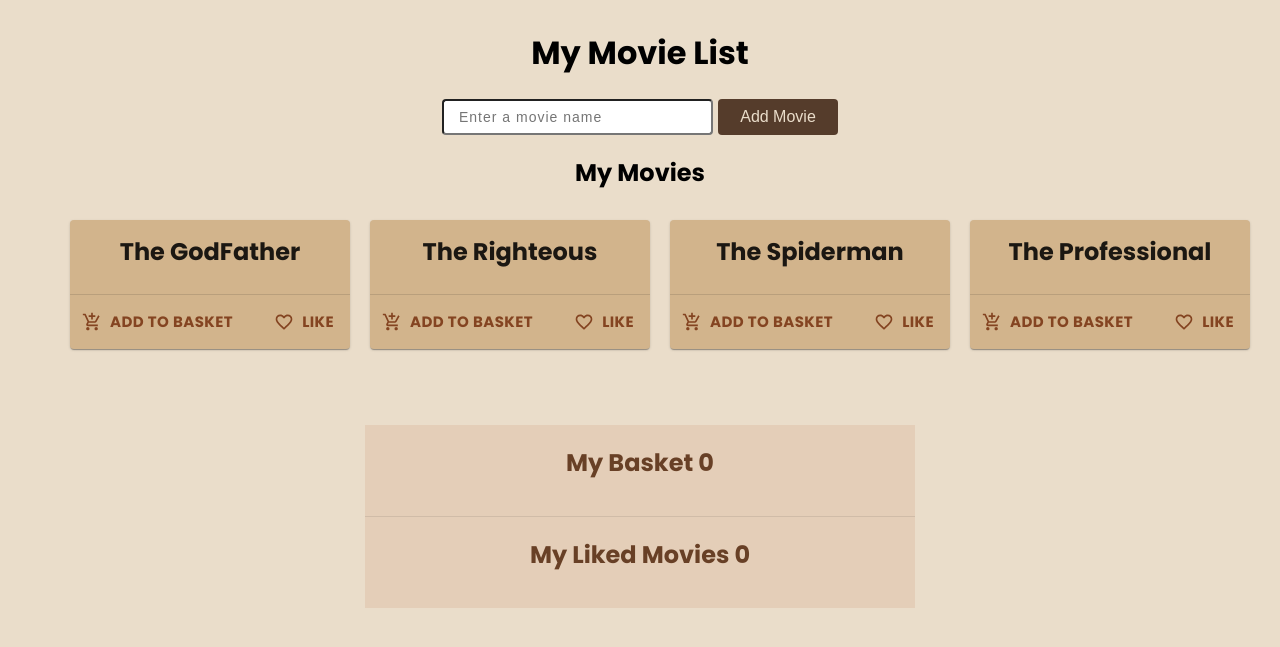
Repository: sinchana-p-iVoyant/redux-movie-store
Page: /
These files come from the project's save history. The page is drawn as it stood at one moment and after the next save; the edit follows.
The browser window is 1280 px wide. The pictures show the whole page.
The project was rebuilt for these pictures with package versions that can differ from the ones it lists, and the page was loaded fresh each time. Also part of the build but not shown: vite.config.ts.

Above is the page before, as saved 2024-02-15 13:26:48.

### index.html
<!doctype html>
<html lang="en">
  <head>
    <meta charset="UTF-8" />
    <link rel="icon" type="image/svg+xml" href="/vite.svg" />
    <meta name="viewport" content="width=device-width, initial-scale=1.0" />
    <title>Redux Movie Store</title>
  </head>
  <body>
    <div id="root"></div>
    <script type="module" src="/src/main.tsx"></script>
  </body>
</html>

### src/main.tsx
import React from 'react'
import ReactDOM from 'react-dom/client'
import App from './App.tsx'
// import './index.css'
import store from './store/index';
import { Provider } from 'react-redux'


ReactDOM.createRoot(document.getElementById('root')!).render(
  <React.StrictMode>
    <Provider store={store}>
      <App />
    </Provider>
  </React.StrictMode>,
)

### src/App.tsx
import { useState } from "react";
// import './App.css'
import { useSelector, useDispatch } from "react-redux";
import {Movie} from './store/index'
import {Card, CardComponent, CardActions, Button, Typography, CardContent} from '@mui/material'
import { Favorite, FavoriteBorder, AddShoppingCart, RemoveShoppingCart } from "@mui/icons-material";
import './App.css'

const App = () => {
  const [movieTitle, setMovieTitle] = useState("");

  // 🔥 a. To Trigger from UI.
  const dispatch = useDispatch();

  // 🔥 b. To update the UI, based on state updates in the store.

  // movies state (array)
  // const movies = useSelector(state => state.movies)
  // ------> return value: state.movies

  // Note:
  // The function passed to `useSelector` selects a slice of the state that we are interested in.
  // The function parameter specifies the `structure` of the Redux state object.
  // It's `type` annotated in TypeScript to ensure the type safety.
  // specifying the structure of the Redux state object using TypeScript type annotations enhances code quality, readability, and maintainability while providing additional safety checks and tooling support during development.

  const movies = useSelector(
    (state : {
      movies: { title: string; liked: boolean; inBasket: boolean }[];
    }) => state.movies
  );

  // const basket = useSelector((state) => state.basket);
  const basket = useSelector((state: { basket: string[] }) => state.basket);

  // const likedMovies = useSelector((state) => state.likedMovies);
  const likedMovies = useSelector((state: { likedMovies: string[] }) => state.likedMovies);


  // 4. Action Creator
  const handleAddMovie = () => {
    const newMovie = {
      title: movieTitle,
      inBasket: false,
      liked: false
    }
    dispatch({ type: "ADD_MOVIE", payload: newMovie });
    setMovieTitle(""); // Reset back to Empty String
  };

  const handleAddToBasket = (movie: string) => {
    dispatch({ type: "ADD_TO_BASKET", payload: movie });
  };
  const handleAddToLikedMovies = (movie: string) => {
    dispatch({ type: "ADD_TO_LIKED_MOVIE", payload: movie });
  };

  return (
    <div className="container">
      <div>
        <h1>My Movie List</h1>
      </div>
      <div className="add-movie">
        <input
          type="text"
          placeholder="Enter a movie name"
          value={movieTitle}
          onChange={(e) => setMovieTitle(e.target.value)}
        />
        <button className="input-btn" onClick={handleAddMovie}>Add Movie</button>
      </div>
      <div>
        <h2>My Movies</h2>
        <ul className="movie-list">
          {movies.map((movie: Movie, index) => (
            <Card key={index} className="movie-card" style={{backgroundColor: "#D2B48C"}}>
              <CardContent>
                <Typography variant="h5" component='h2' style={{ fontWeight: 'bold', fontFamily: 'Poppins, sans-serif' }}>
                  {movie.title}
                </Typography>
              </CardContent>

              <CardActions className="card-actions">
                <Button
                  style={{ color: '#844421', fontSize: '15px', fontWeight: 'bold', fontFamily: 'Poppins, sans-serif' }}
                  startIcon={movie.inBasket ? <RemoveShoppingCart /> : <AddShoppingCart />}
                  onClick={() => handleAddToBasket(movie.title)}>
                  {movie.inBasket ? "Remove From Basket" : "Add To Basket"}
                </Button>
                <Button
                  style={{ color: '#844421', fontSize: '15px', fontWeight: 'bold', fontFamily: 'Poppins, sans-serif' }}
                  startIcon={movie.liked ? <Favorite /> : <FavoriteBorder />}
                  onClick={() => handleAddToLikedMovies(movie.title)}>
                  {movie.liked ? "Dislike" : "Like"}
                </Button>
              </CardActions>

            </Card>
          ))}
        </ul>
      </div>
      <div className="basket-container">
        <h2>My Basket {basket.length}</h2>
        <ul className="basket-container-list">
          {basket.map((basket, index) => (
            <li key={index}>{basket}</li>
          ))}
        </ul>
      </div>
      <div className="liked-container">
        <h2>My Liked Movies {likedMovies.length}</h2>
        <ul className="liked-container-list">
          {likedMovies.map((likedMovie, index) => (
            <li key={index}>{likedMovie}</li>
          ))}
        </ul>
      </div>
    </div>
  );
};

export default App;

// 1. Save the new movie in the local state.
// 2. Add the new movie in local state to the Store.
// 3. Fetch the movies array, from the store

// 3. a. To display in - My Basket & My Liked Movies

### src/store/index.tsx
import { createStore } from "redux";

export type Movie = {
    title: string,
    inBasket: boolean,
    liked: boolean
}

export type State = {
    movies: Movie[],
    basket: string[],
    likedMovies: string[]
}

type Action =
  | { type: "ADD_MOVIE"; payload: Movie } |
    { type: 'ADD_TO_BASKET', payload: string } |
    { type: "ADD_TO_LIKED_MOVIE", payload: string };

// InitialState
const initialState: State = {
    movies: [
      {title: 'The GodFather', inBasket: false, liked: false},
      {title: 'The Righteous', inBasket: false, liked: false},
      {title: 'The Spiderman', inBasket: false, liked: false},
      {title: 'The Professional', inBasket: false, liked: false},
    ],
    basket: [],
    likedMovies: []
}

// Reducers - Make Immutable Updates
const reducer = (state: State = initialState, action: Action): State => {
  switch (action.type) {
    case 'ADD_MOVIE':
      return {
        ...state,
        movies: [...state.movies, action.payload]
      }
    case 'ADD_TO_BASKET':
      return {
        ...state,
          movies: state.movies.map(movie => movie.title === action.payload ? {...movie, inBasket: !movie.inBasket } : movie),
        basket: state.basket.includes(action.payload) ? state.basket.filter(movie => movie !== action.payload) : [...state.basket, action.payload]
      }
    case 'ADD_TO_LIKED_MOVIE':
      return {
        ...state,
        movies: state.movies.map(movie => movie.title === action.payload ? {...movie, liked: !movie.liked} : movie) ,
        likedMovies: state.likedMovies.includes(action.payload) ? state.likedMovies.filter(movie => movie !== action.payload) :  [...state.likedMovies, action.payload]
      }
    default:
      return state
  }
}

// Store
const store = createStore(reducer)
export default store

// 1. State
// 2. Reducer
// 3. Store

### src/App.css
@import url('https://fonts.googleapis.com/css2?family=Poppins:ital,wght@0,100;0,200;0,300;0,400;0,500;0,600;0,700;0,800;0,900;1,100;1,200;1,300;1,400;1,500;1,600;1,700;1,800;1,900&display=swap');

body {
  background-color: #EADDCA;
  font-family: "Poppins", sans-serif;
}

h1, h2{
  text-align: center;
}

.container {
  display: flex;
  flex-direction: column;
  align-items: center;
  justify-content: center;
}

.movie-list {
  display: flex;
  flex-wrap: wrap;
  justify-content: center;
}

.movie-card {
  width: 280px;
  margin: 10px;
}

.card-content {
  padding: 16px;
  font-family: "Poppins", sans-serif;
}

.card-actions {
  margin-top: 10px;
  border-top: 1px solid rgba(0, 0, 0, 0.119);
  display: flex;
  justify-content: space-between;
}

/* .btn {
  color: black;
  font-size: 15px;
  font-weight: bold;
} */
.buttonHover:hover {
  background-color: #e0e0e0;
}

/* --- */

input {
  height: 30px;
  width: 250px;
  padding-left: 15px;
  font-size: 14px;
  letter-spacing: 1px;
  border-radius: 4px;
}

.input-btn{
  height: 36px;
  width: 120px;
  font-size: 16px;
  background-color: #553c2b;
  border: none;
  color: #EADDCA;
  margin-left: 5px;
  border-radius: 4px;

}

.input-btn:hover{
  background-color: #ad9a82;
  color: #261509 ;

}

/* ------------------- */

.basket-container {
  margin-top: 50px;
}

.basket-container, .liked-container {
  background-color: #c2805c2a;
  width: 550px;
  /* text-align: center; */
}

.basket-container>h2, .liked-container>h2 {
  color: rgb(104, 64, 38);
}

.basket-container {
  border-bottom: 1px solid rgba(0, 0, 0, 0.085);
}

.basket-container-list, .liked-container-list {
  /* text-align: left; */
  display: flex;
  flex-direction: column;
  justify-content: center;
  align-items: left;

  margin-left: 180px;
}

.basket-container-list li, .liked-container-list li {
  color: rgb(104, 64, 38);
  font-weight: 400;
}



/* #root {
  max-width: 1280px;
  margin: 0 auto;
  padding: 2rem;
  text-align: center;
} */

/*
.logo {
  height: 6em;
  padding: 1.5em;
  will-change: filter;
  transition: filter 300ms;
}
.logo:hover {
  filter: drop-shadow(0 0 2em #646cffaa);
}
.logo.react:hover {
  filter: drop-shadow(0 0 2em #61dafbaa);
}

@keyframes logo-spin {
  from {
    transform: rotate(0deg);
  }
  to {
    transform: rotate(360deg);
  }
}

@media (prefers-reduced-motion: no-preference) {
  a:nth-of-type(2) .logo {
    animation: logo-spin infinite 20s linear;
  }
}

.card {
  padding: 2em;
}

.read-the-docs {
  color: #888;
} */

/* ------------------------- */

After the next save:
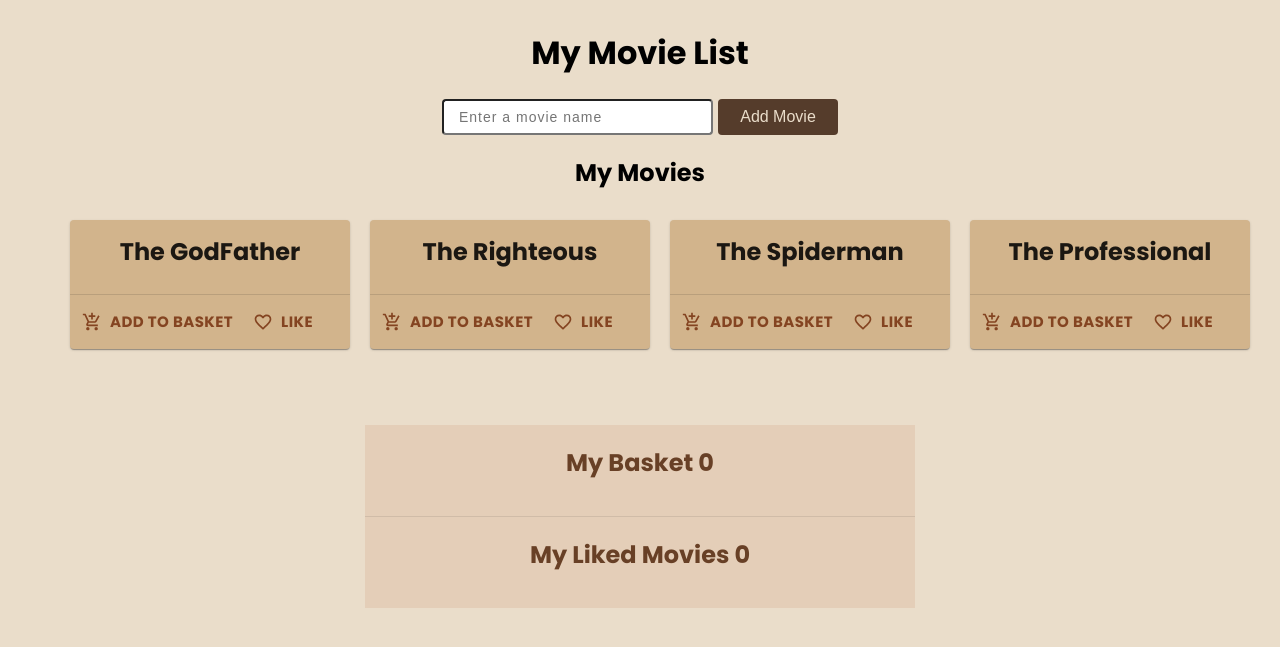
Saved 4 s later.
--- a/src/App.css
+++ b/src/App.css
@@ -36,7 +36,7 @@
   margin-top: 10px;
   border-top: 1px solid rgba(0, 0, 0, 0.119);
   display: flex;
-  justify-content: space-between;
+  /* justify-content: space-between; */
 }
 
 /* .btn {

After the save that followed:
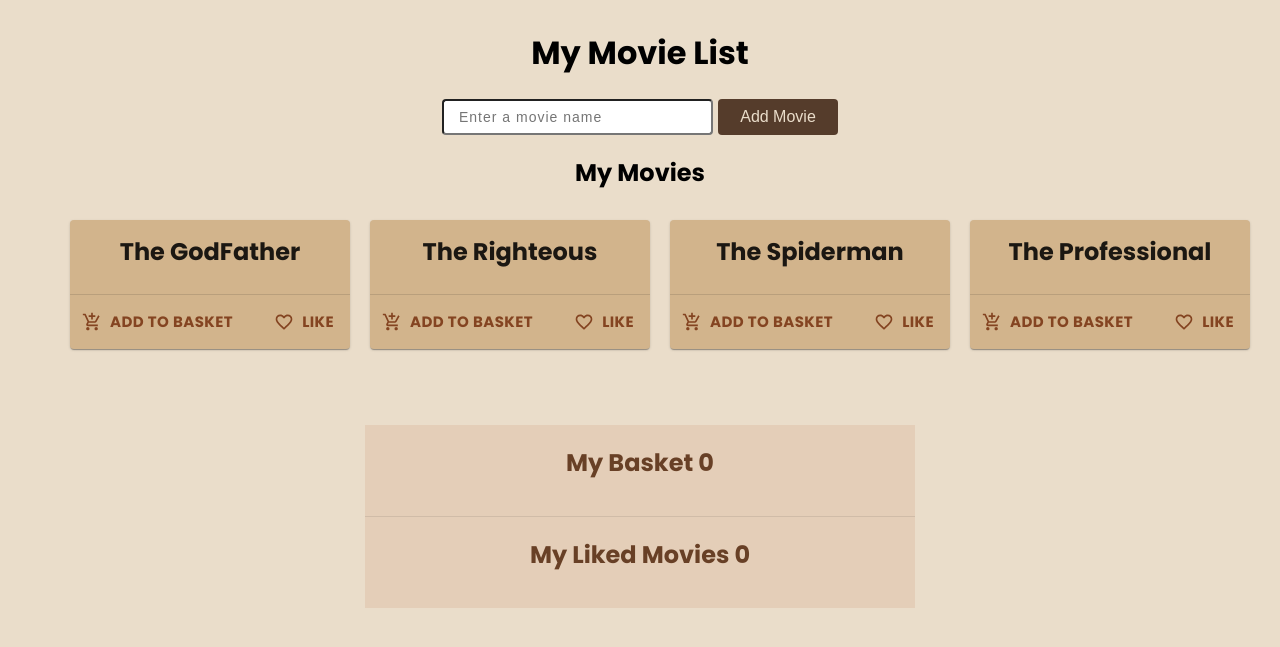
Saved 4 s later.
--- a/src/App.css
+++ b/src/App.css
@@ -36,7 +36,7 @@
   margin-top: 10px;
   border-top: 1px solid rgba(0, 0, 0, 0.119);
   display: flex;
-  /* justify-content: space-between; */
+  justify-content: space-between;
 }
 
 /* .btn {
